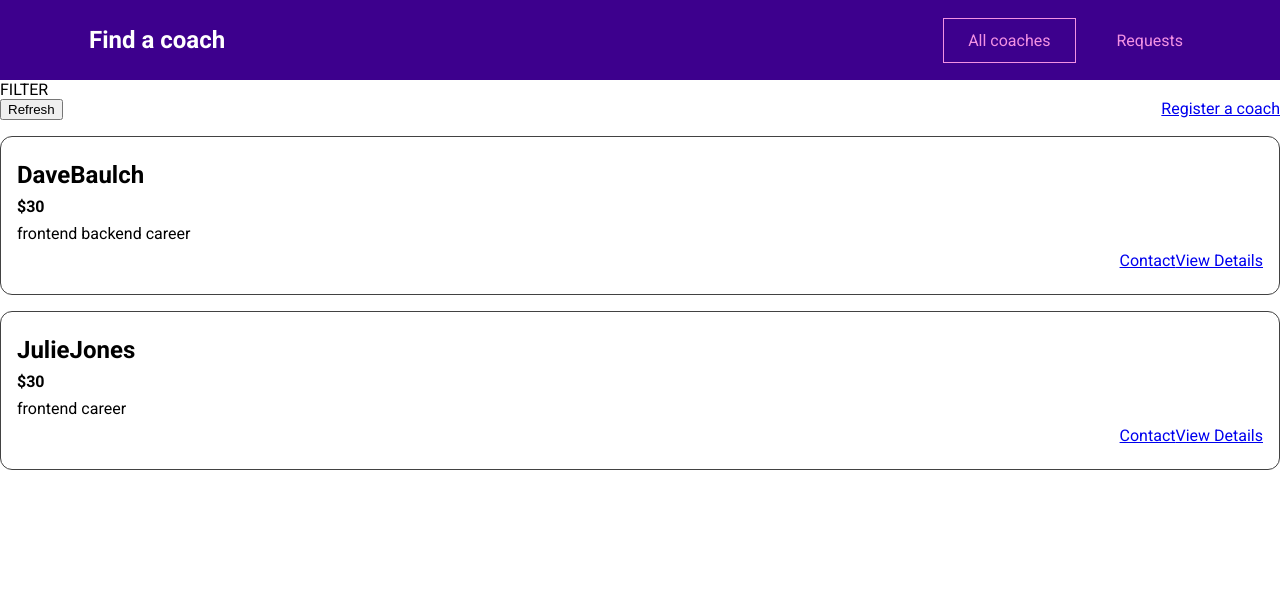
Repository: DaveBaulch/vue-course-find-a-coach
Page: /
An editor plug-in stored every save of this project. The page is shown before and after a run of saves, followed by the edit.
The browser window is 1280 px wide. The pictures show the whole page.
The project was rebuilt for these pictures with package versions that can differ from the ones it lists, and the page was loaded fresh each time. Also part of the build but not shown: src/pages/coaches/CoachDetail.vue, src/pages/coaches/CoachRegistration.vue, src/pages/requests/ContactCoach.vue, src/pages/requests/RequestsReceived.vue. Imported but missing from the stored project, and not drawn on this page: src/pages/NotFound.vue.

Above is the page before, as saved 2021-01-23 15:13:06.

### src/main.js
import Vue from 'vue'
import App from './App.vue'
import router from './router'
import store from './store'
import BaseCard from './components/ui/BaseCard.vue'

Vue.config.productionTip = false

new Vue({
  router,
  store,
  render: h => h(App)
}).$mount('#app')

Vue.component('base-card', BaseCard)

### src/App.vue
<template>
  <div id="app">
    <the-header />
    <router-view/>
  </div>
</template>

<script>
  import TheHeader from './components/layout/TheHeader.vue'

  export default {
    components: {
      TheHeader
    }
  }
</script>



<style>
@import url("https://fonts.googleapis.com/css2?family=Roboto:wght@400;700&display=swap");

* {
  box-sizing: border-box;
}

html {
  font-family: "Roboto", sans-serif;
}

body {
  margin: 0;
}

</style>

### src/router/index.js
import Vue from 'vue'
import VueRouter from 'vue-router'
import CoachDetail from '../pages/coaches/CoachDetail.vue';
import CoachesList from '../pages/coaches/CoachesList.vue';
import CoachRegistation from '../pages/coaches/CoachRegistration.vue';
import ContactCoach from '../pages/requests/ContactCoach.vue';
import RequestsReceived from '../pages/requests/RequestsReceived.vue';
import NotFound from '../pages/NotFound.vue'

Vue.use(VueRouter)

const routes = [
  {
    path: '/', redirect: '/coaches'
  },
  {
    path: '/coaches', component: CoachesList
  },
  {
    path: '/coaches/:id',
    component: CoachDetail,
    children: [
      { path: 'contact', component: ContactCoach } // /coaches/c1/contact
    ]
  },
  { path: '/register', component: CoachRegistation },
  { path: '/requests', component: RequestsReceived },
  { path: '/:notFound(.*)', component: NotFound }
]

const router = new VueRouter({
  mode: 'history',
  base: process.env.BASE_URL,
  routes
})

export default router

### src/store/index.js
import Vue from 'vue'
import Vuex from 'vuex'
import coachesModule from './modules/coaches/index.js'

Vue.use(Vuex)

const store = new Vuex.Store({
  modules: {
    coaches: coachesModule
  }
})

export default store;

### src/components/layout/TheHeader.vue
<template>
<header>
  <nav>
    <h1><router-link to="/">Find a coach</router-link></h1>
    <ul>
      <li><router-link to="/coaches">All coaches</router-link></li>
      <li><router-link to="/requests">Requests</router-link></li>
    </ul>
  </nav>
</header>
</template>

<script>
export default {
}
</script>

<!-- Add "scoped" attribute to limit CSS to this component only -->
<style scoped>
header {
  width: 100%;
  height: 5rem;
  background-color: #3d008d;
  display: flex;
  justify-content: center;
  align-items: center;
}

header a {
  text-decoration: none;
  color: #f391e3;
  display: inline-block;
  padding: 0.75rem 1.5rem;
  border: 1px solid transparent;
}

a:active,
a:hover,
a.router-link-active {
  border: 1px solid #f391e3;
}

h1 {
  margin: 0;
}

h1 a {
  color: white;
  margin: 0;
}

h1 a:hover,
h1 a:active,
h1 a.router-link-active {
  border-color: transparent;
}

header nav {
  width: 90%;
  margin: auto;
  display: flex;
  justify-content: space-between;
  align-items: center;
}

header ul {
  list-style: none;
  margin: 0;
  padding: 0;
  display: flex;
  justify-content: center;
  align-items: center;
}

li {
  margin: 0 0.5rem;
}
</style>

### src/pages/coaches/CoachesList.vue
<template>
<div>
  <section>
    FILTER
  </section>
  <section>
    <base-card>
      <div class="controls">
        <button>Refresh</button>
        <router-link to="/register">Register a coach</router-link>
      </div>
      <ul v-if="hasCoaches">
        <coach-item
        v-for="coach in filteredCoaches"
        :key="coach.id"
        :id="coach.id"
        :first-name="coach.firstName"
        :last-name="coach.lastName"
        :rate="coach.hourlyRate"
        :areas="coach.areas"
        ></coach-item>
      </ul>
      <h3 v-else>No coaches found</h3>
    </base-card>
  </section>
  </div>
</template>

<script>
  import CoachItem from '../../components/coaches/CoachItem.vue'

  export default {
    components: {
      CoachItem
    },
    computed: {
      filteredCoaches() {
        return this.$store.getters['coaches/coaches'];
      },
      hasCoaches() {
        return this.$store.getters['coaches/hasCoaches'];
      }
    }
  }
</script>

<style scoped>
  ul {
    list-style: none;
    margin: 0;
    padding: 0;
  }

  .controls {
    display: flex;
    justify-content: space-between;
  }
</style>

### src/store/modules/coaches/index.js
import mutations from './mutations.js'
import actions from './actions.js'
import getters from './getters.js'

export default {
  namespaced: true,
  state() {
    return {
      coaches: [
        {
          id: 'c1',
          firstName: 'Dave',
          lastName: 'Baulch',
          areas: ['frontend', 'backend', 'career'],
          description:
            "I'm dave and I've worked as a freelance web developer for years. Let me help you become a developer as well!",
          hourlyRate: 30
        },
        {
          id: 'c2',
          firstName: 'Julie',
          lastName: 'Jones',
          areas: ['frontend', 'career'],
          description:
            'I am Julie and as a senior developer in a big tech company, I can help you get your first job or progress in your current role.',
          hourlyRate: 30
        }
      ]
    }
  },
  mutations,
  actions,
  getters
}

### src/components/coaches/CoachItem.vue
<template>
  <li>
    <h3>{{ fullName }}</h3>
    <h4>${{ rate }}</h4>
    <div>
      <span v-for="area in areas" :key="area">
        {{ area }}
      </span>
    </div>
    <div class="actions">
      <router-link :to="coachContactLink">Contact</router-link>
      <router-link :to="coachDetailsLink">View Details</router-link>
    </div>
  </li>
</template>

<script>
  export default {
    props: ['id', 'firstName', 'lastName', 'rate', 'areas'],
    computed: {
      fullName() {
        return this.firstName + '' + this.lastName
      },
      coachContactLink() {
        return this.$route.path + '/' + this.id + /contact/
      },
      coachDetailsLink() {
        return this.$route.path + '/' + this.id // current route path /coaches/c1
      }
    }
  }
</script>

<style scoped>
li {
  margin: 1rem 0;
  border: 1px solid #424242;
  border-radius: 12px;
  padding: 1rem;
}

h3 {
  font-size: 1.5rem;
}

h3,
h4 {
  margin: 0.5rem 0;
}

div {
  margin: 0.5rem 0;
}

.actions {
  display: flex;
  justify-content: flex-end;
}
</style>

### src/store/modules/coaches/getters.js
export default {
  coaches(state) {
    return state.coaches;
  },
  hasCoaches(state) {
    return state.coaches && state.coaches.length > 0;
  }
}

Loaded but not shown: public/index.html (common file); src/store/modules/coaches/mutations.js (common file); src/store/modules/coaches/actions.js (common file); src/components/ui/BaseCard.vue (common file)

After the next 2 saves:
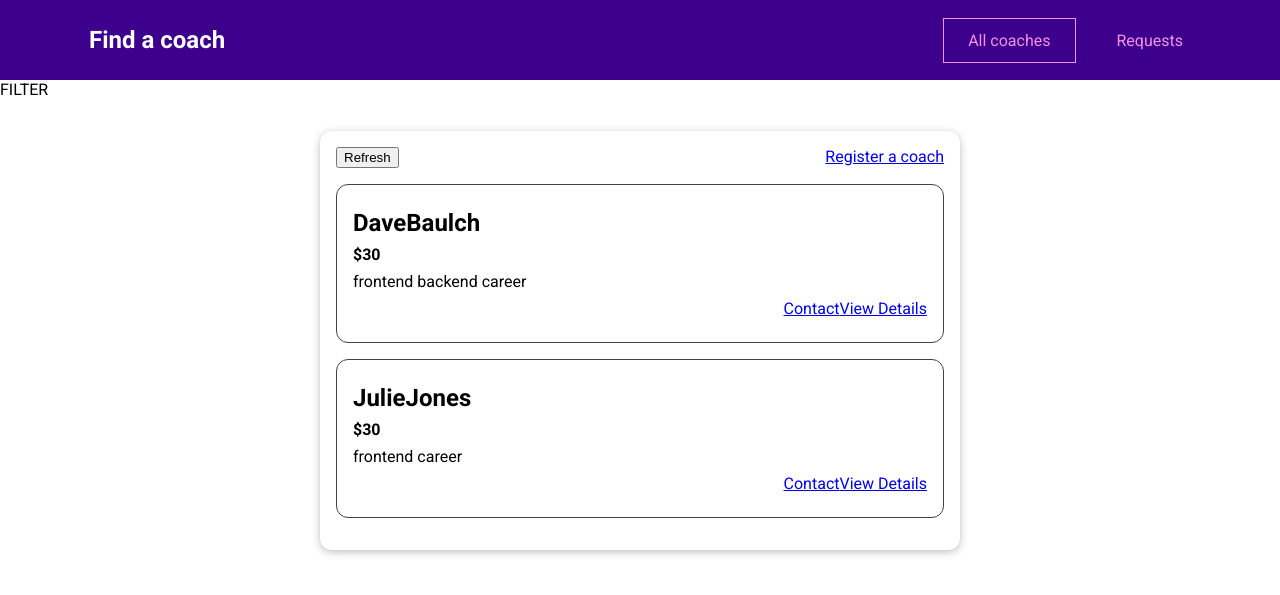
The 2 saves are shown as one change because they came seconds apart.
The last was saved 72 s later.
--- a/src/main.js
+++ b/src/main.js
@@ -5,11 +5,9 @@
 import BaseCard from './components/ui/BaseCard.vue'
 
 Vue.config.productionTip = false
-
+Vue.component('base-card', BaseCard)
 new Vue({
   router,
   store,
   render: h => h(App)
 }).$mount('#app')
-
-Vue.component('base-card', BaseCard)

After the 2 saves that followed:
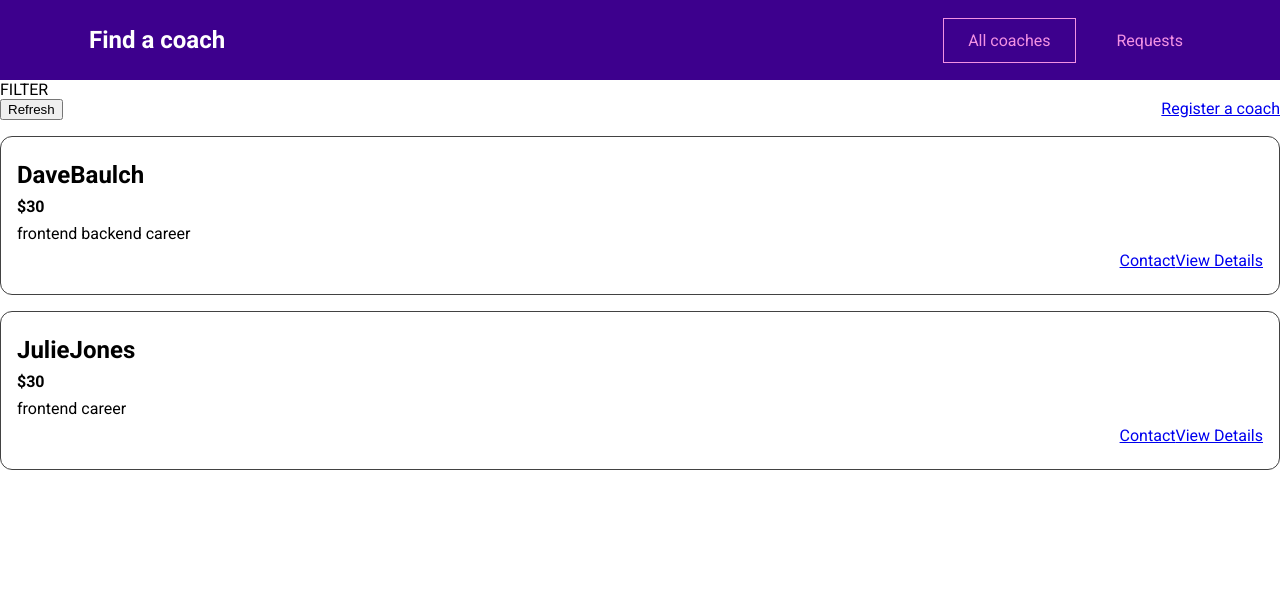
The 2 saves are shown as one change because they came seconds apart.
The last was saved 20 s later.
--- a/src/main.js
+++ b/src/main.js
@@ -5,9 +5,11 @@
 import BaseCard from './components/ui/BaseCard.vue'
 
 Vue.config.productionTip = false
-Vue.component('base-card', BaseCard)
+
 new Vue({
   router,
   store,
   render: h => h(App)
 }).$mount('#app')
+
+Vue.component('base-card', BaseCard)
